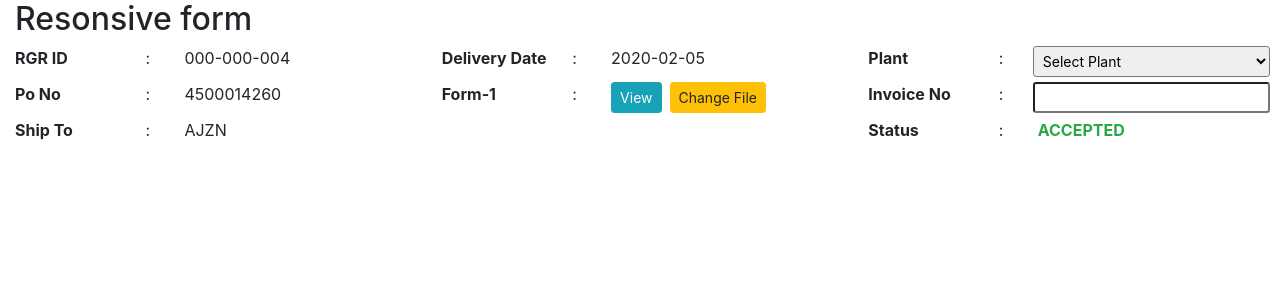
Repository: karthikairasu/Others_work
Page: form.html
The author's editor kept a copy of each file at every save. The page is drawn from the files as they stood at one save, then again after the next save.
The browser window is 1280 px wide. The pictures show the whole page.

Above is the page before, as saved 2020-06-28 20:12:49.

After the next save:
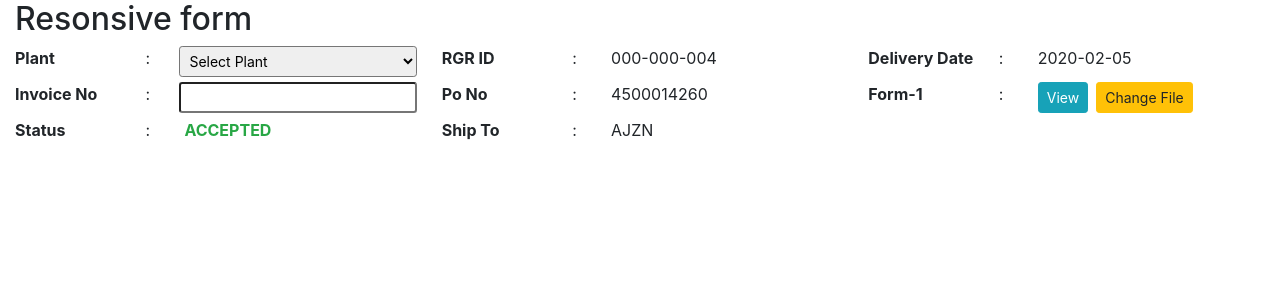
Saved 4 min 27 s later.
--- a/form.html
+++ b/form.html
@@ -38,7 +38,7 @@
               <label class="col-md-7 col-sm-7 col-7" id="Ship_To">AJZN </label>
             </div>
           </div>
-          <div class="col-md-4 col-sm-6 col-12 order-first order-md-last">
+          <div class="col-md-4 col-sm-6 col-12 order-first order-md-middle">
             <div class="form-row">
               <label class="col-md-4 col-sm-4 col-4"><b>Plant</b></label>
               <label class="col-md-1 col-sm-1 col-1 px-0">:</label>

After the 2 saves that followed:
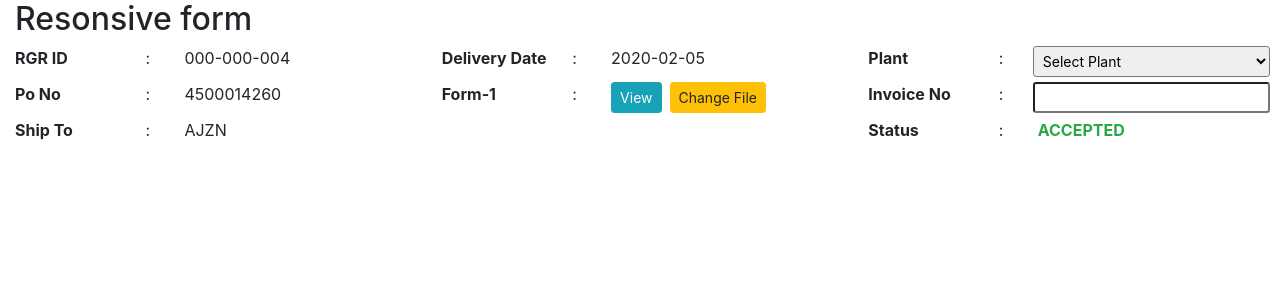
The 2 saves are shown as one change because 1 left the picture as it was.
The last was saved 74 s later.
--- a/form.html
+++ b/form.html
@@ -38,7 +38,7 @@
               <label class="col-md-7 col-sm-7 col-7" id="Ship_To">AJZN </label>
             </div>
           </div>
-          <div class="col-md-4 col-sm-6 col-12 order-first order-md-middle">
+          <div class="col-md-4 col-sm-6 col-12 order-first order-sm-2">
             <div class="form-row">
               <label class="col-md-4 col-sm-4 col-4"><b>Plant</b></label>
               <label class="col-md-1 col-sm-1 col-1 px-0">:</label>
